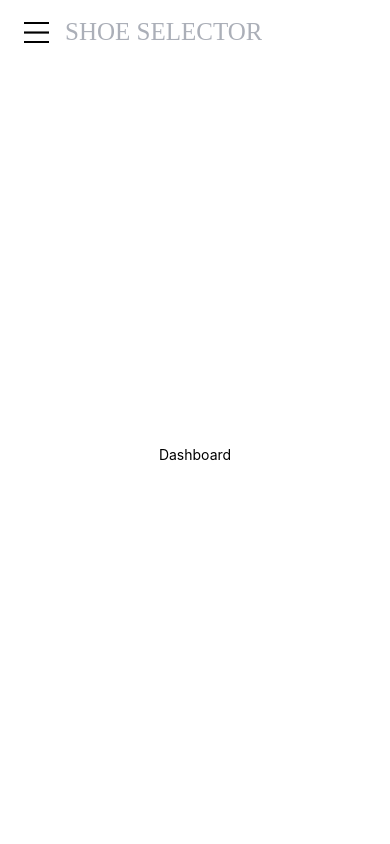
Repository: cultofdev/shopping-app
Screen: /
An editor plug-in stored every save of this project. The screen is shown before and after the next save, followed by the edit.
The app was drawn by React Native's web renderer in a window 390 px wide. The project was rebuilt for these pictures with package versions that can differ from the ones it lists, and the page was loaded fresh each time.

Above is the screen before, as saved 2021-08-16 05:26:08.

### App.js
import React from 'react';
import {
  Image,
  TouchableOpacity
} from 'react-native'
import { createStackNavigator } from '@react-navigation/stack';
import { NavigationContainer, DefaultTheme } from '@react-navigation/native';

// Screens
import Dashboard from './src/screens/authorized/Dashboard';

import { icons, COLORS, FONTS, SIZES } from './src/utilities/constants';

const theme = {
  ...DefaultTheme,
  colors: {
    ...DefaultTheme.colors,
    border: 'transparent',
  }
}

const Stack = createStackNavigator();

const App = () => {
  return (
    <NavigationContainer theme={theme}>
      <Stack.Navigator initialRouteName={'Dashboard'}>
        <Stack.Screen
          name="Dashboard"
          component={Dashboard}
          options={{
            title: 'SHOE SELECTOR',
            headerTintColor: COLORS.lightGray,
            headerTitleStyle: {
              ...FONTS.navTitle,
            },
            headerLeft: ({ onPress }) => (
              <TouchableOpacity
                style={{ marginLeft: SIZES.padding }}
                onPress={onPress}
              >
                <Image
                  source={icons.menu}
                  resizeMode='contain'
                  style={{
                    width: 25,
                    height: 25
                  }}
                />
              </TouchableOpacity>
            ),
            headerRight: () => {
              <TouchableOpacity
                style={{ marginRight: SIZES.padding }}
                onPress={() => console.log('PRESSED RIGHT')}
              >
                <Image
                  source={icons.menu}
                  resizeMode='contain'
                  style={{
                    width: 30,
                    height: 30
                  }}
                />
              </TouchableOpacity>
            }
          }}
        />
      </Stack.Navigator>
    </NavigationContainer>
  );
};

export default () => {
  return <App />;
};

### src/screens/authorized/Dashboard.js
import React from 'react';
import { View, Text, StyleSheet, TouchableOpacity } from 'react-native';

import { COLORS } from '../../utilities/constants'

const Dashboard = () => {
    return (
        <View style={styles.container}>
            <TouchableOpacity>
                <Text>Dashboard</Text>
            </TouchableOpacity>
        </View>
    );
};

const styles = StyleSheet.create({
    container: {
        flex: 1,
        alignItems: 'center',
        justifyContent: 'center',
        backgroundColor: COLORS.white,
    }
});

export default Dashboard;

### src/utilities/constants/index.js
import icons from './icons';
import images from './images';
import theme, { COLORS, SIZES, FONTS } from './theme';

export { icons, images, theme, COLORS, SIZES, FONTS };

### src/utilities/constants/icons.js
export const menu = require('../../assets/icons/menu.png');
export const search = require('../../assets/icons/search.png');

export default {
    menu,
    search
}

### src/utilities/constants/images.js
export const nikeMetcon3 = require("../../assets/images/nike-metcon-3.png");
export const nikeMetcon4 = require("../../assets/images/nike-metcon-4.png");
export const nikeMetcon5Black = require("../../assets/images/nike-metcon-5-black.png");
export const nikeMetcon5Purple = require("../../assets/images/nike-metcon-5-purple.png");
export const nikeMetcon6 = require("../../assets/images/nike-metcon-6.png");
export const nikeMetconFree = require("../../assets/images/nike-metcon-free.png");
export const nikePegasus36 = require("../../assets/images/nike-pegasus-36.png");
export const nikeZoomKobe1Proto = require("../../assets/images/nike-zoom-kobe-1-protro.png");
export const recentlyViewedLabel = require("../../assets/images/recently-viewed-label.png");


export default {
    nikeMetcon3,
    nikeMetcon4,
    nikeMetcon5Black,
    nikeMetcon5Purple,
    nikeMetcon6,
    nikeMetconFree,
    nikePegasus36,
    nikeZoomKobe1Proto,
    recentlyViewedLabel
}

### src/utilities/constants/theme.js
import { Dimensions } from 'react-native';
const { height, width } = Dimensions.get('window');

export const COLORS = {
    // colors
    black: "#1E1F20",
    white: "#FFFFFF",
    lightGray: "#ABAFB8",
    gray: "#BEC1D2",
};

export const SIZES = {
    // global sizes
    base: 8,
    font: 14,
    radius: 12,
    padding: 24,

    // font sizes
    navTitle: 25,
    h1: 30,
    h2: 22,
    h3: 16,
    h4: 14,
    h5: 12,
    body1: 30,
    body2: 20,
    body3: 16,
    body4: 14,
    body5: 12,

    // app dimensions
    width,
    height
};

export const FONTS = {
    navTitle: { fontFamily: "CarmenSans-Thin", fontSize: SIZES.navTitle },
    largeTitleBold: { fontFamily: "CarmenSans-SemiBold", fontSize: SIZES.h2 },
    h1: { fontFamily: "CarmenSans-SemiBold", fontSize: SIZES.h1, lineHeight: 36 },
    h2: { fontFamily: "CarmenSans-SemiBold", fontSize: SIZES.h2, lineHeight: 30 },
    h3: { fontFamily: "CarmenSans-SemiBold", fontSize: SIZES.h3, lineHeight: 22 },
    h4: { fontFamily: "CarmenSans-SemiBold", fontSize: SIZES.h4, lineHeight: 22 },
    h5: { fontFamily: "CarmenSans-SemiBold", fontSize: SIZES.h5, lineHeight: 22 },
    body1: { fontFamily: "CarmenSans-Regular", fontSize: SIZES.body1, lineHeight: 36 },
    body2: { fontFamily: "CarmenSans-Regular", fontSize: SIZES.body2, lineHeight: 30 },
    body3: { fontFamily: "CarmenSans-Regular", fontSize: SIZES.body3, lineHeight: 22 },
    body4: { fontFamily: "CarmenSans-Regular", fontSize: SIZES.body4, lineHeight: 22 },
    body5: { fontFamily: "CarmenSans-Regular", fontSize: SIZES.body5, lineHeight: 22 },
};

const appTheme = { COLORS, SIZES, FONTS };

export default appTheme;

After the next save:
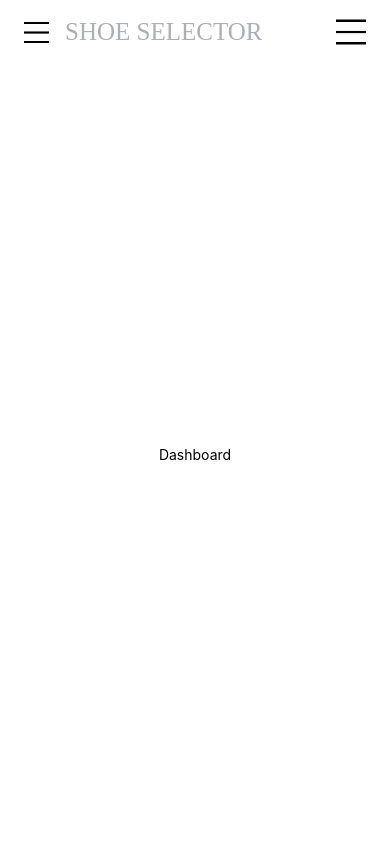
Saved 64 s later.
--- a/App.js
+++ b/App.js
@@ -49,7 +49,7 @@
                 />
               </TouchableOpacity>
             ),
-            headerRight: () => {
+            headerRight: () => (
               <TouchableOpacity
                 style={{ marginRight: SIZES.padding }}
                 onPress={() => console.log('PRESSED RIGHT')}
@@ -63,7 +63,7 @@
                   }}
                 />
               </TouchableOpacity>
-            }
+            )
           }}
         />
       </Stack.Navigator>
